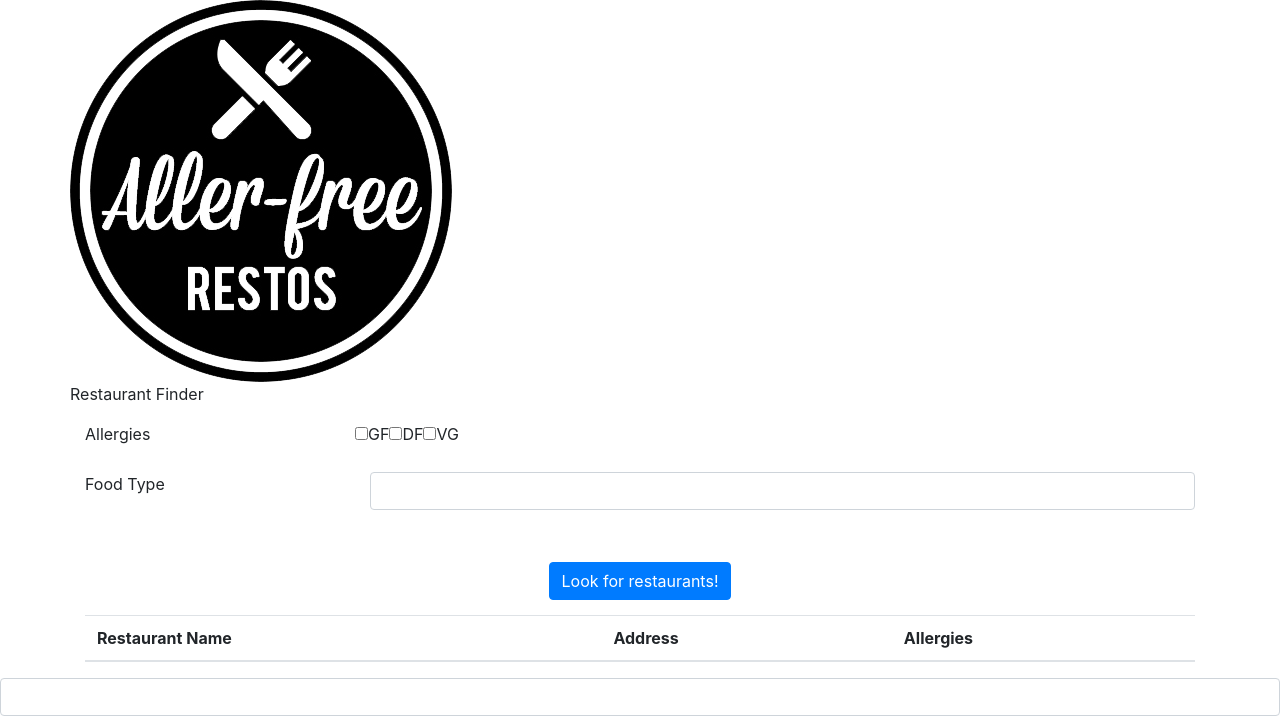
Repository: KobeRox/Loremips
Page: index.html
The author's editor kept a copy of each file at every save. The page is drawn from the files as they stood at one save, then again after the next save.
The browser window is 1280 px wide. The pictures show the whole page.
Some web libraries are served in a nearby version.

Above is the page before, as saved 2019-09-08 16:32:51.
Console error: TypeError: Cannot read properties of undefined (reading 'fn')

### index.html
<html>

<head>
    <link rel="stylesheet" src="style.css">
    <link rel="stylesheet" href="https://stackpath.bootstrapcdn.com/bootstrap/4.3.1/css/bootstrap.min.css"
        integrity="sha384-ggOyR0iXCbMQv3Xipma34MD+dH/1fQ784/j6cY/iJTQUOhcWr7x9JvoRxT2MZw1T" crossorigin="anonymous">
    <script src="https://stackpath.bootstrapcdn.com/bootstrap/4.3.1/js/bootstrap.min.js"
        integrity="sha384-JjSmVgyd0p3pXB1rRibZUAYoIIy6OrQ6VrjIEaFf/nJGzIxFDsf4x0xIM+B07jRM"
        crossorigin="anonymous"></script>
    <script src="https://ajax.googleapis.com/ajax/libs/jquery/3.4.1/jquery.min.js"></script>
    <script src="https://code.jquery.com/ui/1.12.1/jquery-ui.min.js"></script>
    <script src="zomato_cuisines.js"></script>
    <script src="zomato_restaurants.js"></script>
    <script src="contractResponse.js"></script>
    <script src="convertDataToHtml.js"></script>
    <script type="text/javascript" charset="utf-8">

        $(document).ready(function () {
            $("#searchbar").autocomplete({
                minLength: 0,
                source: get_cuisineList(),
                focus: function (event, ui) {
                    $("#searchbar").val(ui.item.label);
                    return false;
                },
                select: function (event, ui) {
                    $("#searchbar").val(ui.item.label);
                    return false;
                }
            })

            $("#clicking").click(function () {
                var search = $('#searchbar').val();
                console.log(search)
                var c_list = get_cuisineList();
                console.log(c_list);
                var c_id = get_cuisineId(search);
                console.log(c_id);
                get_restaurants(c_id, function (data) {
                    console.log(data);
                    convertDataToHtml(data);
                });
            });
        });
    </script>
</head>

<body>
    <div class="container">
        <div class="panel-heading">
            <div class="row">
				<div class="col-xs-12">
					<img src="allerfreerestos_logo.png">
				</div>
            </div>
        </div>
        <div class="panel-body">

            <div class="row" style="text-align: center;">
                <p>Restaurant Finder</p>
            </div>
            <div class="row" style="margin-bottom: 10px;">
                <div class="col-xs-3 col-md-3">
                    <p>Allergies</p>
                </div>
                <div class=" col-xs-3 checkbox" style="margin-top: 0px !important">
                    <label>
                        <input type="checkbox" value="apple">GF
                    </label>
                </div>
                <div class=" col-xs-3 checkbox">
                    <label>
                        <input type="checkbox" value="pear">DF
                    </label>
                </div>
                <div class=" col-xs-3 checkbox">
                    <label>
                        <input type="checkbox" value="orange">VG
                    </label>
                </div>
            </div>


            <div class="row" style="margin-bottom: 50px;">
                <div class="col-xs-3 col-md-3">
                    <p>Food Type</p>
                </div>


                <div class="col-xs-9 col-md-9">
                    <input type="text" class="form-control" id='searchbar'>
                </div>

            </div>
            <div class="row" style="text-align: center;">
                <div class="col-xs-12 col-md-12">
                    <button type="button" class="btn btn-primary" style="margin-bottom: 15px;" id="clicking">Look
                        for restaurants!</button>
                </div>
            </div>
        </div>

        <div class="row">
            <div class="col-xs-12 col-md-12">
                <table class="table">
                    <thead>
                        <tr>
                            <th scope="col">Restaurant Name</th>
                            <th scope="col">Address</th>
                            <th scope="col">Allergies</th>
                        </tr>
                    <tbody id="restoResults">

                    </tbody>
                    </thead>
                </table>
            </div>


        </div>
        <!-- <div class="panel-footer"></div> -->
    </div>

    <input type="text" class="form-control" id='searchbar'>
</body>

</html>

### zomato_cuisines.js
function get_cuisineId(name){

	for(var i=0; i<list_cuisine.length; i++){
		if (list_cuisine[i]["cuisine"]["cuisine_name"] == name)
			return list_cuisine[i]["cuisine"]["cuisine_id"];
	}
}

function get_cuisineList(){
	var cuisine_names= [];
	for(var i=0; i<6; i++){
		cuisine_names.push(list_cuisine[i]["cuisine"]["cuisine_name"]);
	}
	return cuisine_names;
}
var  list_cuisine = [
        {
            "cuisine": {
                "cuisine_id": 6,
                "cuisine_name": "Afghani"
            }
        },
        {
            "cuisine": {
                "cuisine_id": 152,
                "cuisine_name": "African"
            }
        },
        {
            "cuisine": {
                "cuisine_id": 1,
                "cuisine_name": "American"
            }
        },
        {
            "cuisine": {
                "cuisine_id": 4,
                "cuisine_name": "Arabian"
            }
        },
        {
            "cuisine": {
                "cuisine_id": 151,
                "cuisine_name": "Argentine"
            }
        },
        {
            "cuisine": {
                "cuisine_id": 3,
                "cuisine_name": "Asian"
            }
        },
        {
            "cuisine": {
                "cuisine_id": 401,
                "cuisine_name": "Asian Fusion"
            }
        },
        {
            "cuisine": {
                "cuisine_id": 193,
                "cuisine_name": "BBQ"
            }
        },
        {
            "cuisine": {
                "cuisine_id": 5,
                "cuisine_name": "Bakery"
            }
        },
        {
            "cuisine": {
                "cuisine_id": 227,
                "cuisine_name": "Bar Food"
            }
        },
        {
            "cuisine": {
                "cuisine_id": 132,
                "cuisine_name": "Belgian"
            }
        },
        {
            "cuisine": {
                "cuisine_id": 270,
                "cuisine_name": "Beverages"
            }
        },
        {
            "cuisine": {
                "cuisine_id": 159,
                "cuisine_name": "Brazilian"
            }
        },
        {
            "cuisine": {
                "cuisine_id": 133,
                "cuisine_name": "British"
            }
        },
        {
            "cuisine": {
                "cuisine_id": 247,
                "cuisine_name": "Bubble Tea"
            }
        },
        {
            "cuisine": {
                "cuisine_id": 168,
                "cuisine_name": "Burger"
            }
        },
        {
            "cuisine": {
                "cuisine_id": 1039,
                "cuisine_name": "Cafe Food"
            }
        },
        {
            "cuisine": {
                "cuisine_id": 111,
                "cuisine_name": "Cambodian"
            }
        },
        {
            "cuisine": {
                "cuisine_id": 121,
                "cuisine_name": "Cantonese"
            }
        },
        {
            "cuisine": {
                "cuisine_id": 994,
                "cuisine_name": "Charcoal Chicken"
            }
        },
        {
            "cuisine": {
                "cuisine_id": 25,
                "cuisine_name": "Chinese"
            }
        },
        {
            "cuisine": {
                "cuisine_id": 161,
                "cuisine_name": "Coffee and Tea"
            }
        },
        {
            "cuisine": {
                "cuisine_id": 287,
                "cuisine_name": "Colombian"
            }
        },
        {
            "cuisine": {
                "cuisine_id": 144,
                "cuisine_name": "Contemporary"
            }
        },
        {
            "cuisine": {
                "cuisine_id": 35,
                "cuisine_name": "Continental"
            }
        },
        {
            "cuisine": {
                "cuisine_id": 928,
                "cuisine_name": "Creole"
            }
        },
        {
            "cuisine": {
                "cuisine_id": 881,
                "cuisine_name": "Crepes"
            }
        },
        {
            "cuisine": {
                "cuisine_id": 192,
                "cuisine_name": "Deli"
            }
        },
        {
            "cuisine": {
                "cuisine_id": 100,
                "cuisine_name": "Desserts"
            }
        },
        {
            "cuisine": {
                "cuisine_id": 268,
                "cuisine_name": "Drinks Only"
            }
        },
        {
            "cuisine": {
                "cuisine_id": 985,
                "cuisine_name": "Dumplings"
            }
        },
        {
            "cuisine": {
                "cuisine_id": 38,
                "cuisine_name": "European"
            }
        },
        {
            "cuisine": {
                "cuisine_id": 571,
                "cuisine_name": "Falafel"
            }
        },
        {
            "cuisine": {
                "cuisine_id": 40,
                "cuisine_name": "Fast Food"
            }
        },
        {
            "cuisine": {
                "cuisine_id": 1006,
                "cuisine_name": "Fijian"
            }
        },
        {
            "cuisine": {
                "cuisine_id": 112,
                "cuisine_name": "Filipino"
            }
        },
        {
            "cuisine": {
                "cuisine_id": 271,
                "cuisine_name": "Finger Food"
            }
        },
        {
            "cuisine": {
                "cuisine_id": 298,
                "cuisine_name": "Fish and Chips"
            }
        },
        {
            "cuisine": {
                "cuisine_id": 45,
                "cuisine_name": "French"
            }
        },
        {
            "cuisine": {
                "cuisine_id": 1025,
                "cuisine_name": "Fried Chicken"
            }
        },
        {
            "cuisine": {
                "cuisine_id": 501,
                "cuisine_name": "Frozen Yogurt"
            }
        },
        {
            "cuisine": {
                "cuisine_id": 274,
                "cuisine_name": "Fusion"
            }
        },
        {
            "cuisine": {
                "cuisine_id": 134,
                "cuisine_name": "German"
            }
        },
        {
            "cuisine": {
                "cuisine_id": 156,
                "cuisine_name": "Greek"
            }
        },
        {
            "cuisine": {
                "cuisine_id": 181,
                "cuisine_name": "Grill"
            }
        },
        {
            "cuisine": {
                "cuisine_id": 521,
                "cuisine_name": "Hawaiian"
            }
        },
        {
            "cuisine": {
                "cuisine_id": 143,
                "cuisine_name": "Healthy Food"
            }
        },
        {
            "cuisine": {
                "cuisine_id": 1022,
                "cuisine_name": "Hot Pot"
            }
        },
        {
            "cuisine": {
                "cuisine_id": 228,
                "cuisine_name": "Hungarian"
            }
        },
        {
            "cuisine": {
                "cuisine_id": 233,
                "cuisine_name": "Ice Cream"
            }
        },
        {
            "cuisine": {
                "cuisine_id": 148,
                "cuisine_name": "Indian"
            }
        },
        {
            "cuisine": {
                "cuisine_id": 114,
                "cuisine_name": "Indonesian"
            }
        },
        {
            "cuisine": {
                "cuisine_id": 154,
                "cuisine_name": "International"
            }
        },
        {
            "cuisine": {
                "cuisine_id": 140,
                "cuisine_name": "Iranian"
            }
        },
        {
            "cuisine": {
                "cuisine_id": 135,
                "cuisine_name": "Irish"
            }
        },
        {
            "cuisine": {
                "cuisine_id": 55,
                "cuisine_name": "Italian"
            }
        },
        {
            "cuisine": {
                "cuisine_id": 60,
                "cuisine_name": "Japanese"
            }
        },
        {
            "cuisine": {
                "cuisine_id": 265,
                "cuisine_name": "Jewish"
            }
        },
        {
            "cuisine": {
                "cuisine_id": 1042,
                "cuisine_name": "Jiangnan"
            }
        },
        {
            "cuisine": {
                "cuisine_id": 164,
                "cuisine_name": "Juices"
            }
        },
        {
            "cuisine": {
                "cuisine_id": 178,
                "cuisine_name": "Kebab"
            }
        },
        {
            "cuisine": {
                "cuisine_id": 167,
                "cuisine_name": "Kiwi"
            }
        },
        {
            "cuisine": {
                "cuisine_id": 67,
                "cuisine_name": "Korean"
            }
        },
        {
            "cuisine": {
                "cuisine_id": 1021,
                "cuisine_name": "Korean BBQ"
            }
        },
        {
            "cuisine": {
                "cuisine_id": 136,
                "cuisine_name": "Latin American"
            }
        },
        {
            "cuisine": {
                "cuisine_id": 66,
                "cuisine_name": "Lebanese"
            }
        },
        {
            "cuisine": {
                "cuisine_id": 69,
                "cuisine_name": "Malaysian"
            }
        },
        {
            "cuisine": {
                "cuisine_id": 977,
                "cuisine_name": "Meat Pie"
            }
        },
        {
            "cuisine": {
                "cuisine_id": 70,
                "cuisine_name": "Mediterranean"
            }
        },
        {
            "cuisine": {
                "cuisine_id": 73,
                "cuisine_name": "Mexican"
            }
        },
        {
            "cuisine": {
                "cuisine_id": 137,
                "cuisine_name": "Middle Eastern"
            }
        },
        {
            "cuisine": {
                "cuisine_id": 294,
                "cuisine_name": "Modern European"
            }
        },
        {
            "cuisine": {
                "cuisine_id": 1055,
                "cuisine_name": "Modern New Zealand"
            }
        },
        {
            "cuisine": {
                "cuisine_id": 74,
                "cuisine_name": "Mongolian"
            }
        },
        {
            "cuisine": {
                "cuisine_id": 147,
                "cuisine_name": "Moroccan"
            }
        },
        {
            "cuisine": {
                "cuisine_id": 117,
                "cuisine_name": "Nepalese"
            }
        },
        {
            "cuisine": {
                "cuisine_id": 50,
                "cuisine_name": "North Indian"
            }
        },
        {
            "cuisine": {
                "cuisine_id": 321,
                "cuisine_name": "Pacific"
            }
        },
        {
            "cuisine": {
                "cuisine_id": 139,
                "cuisine_name": "Pakistani"
            }
        },
        {
            "cuisine": {
                "cuisine_id": 209,
                "cuisine_name": "Pan Asian"
            }
        },
        {
            "cuisine": {
                "cuisine_id": 162,
                "cuisine_name": "Peruvian"
            }
        },
        {
            "cuisine": {
                "cuisine_id": 1020,
                "cuisine_name": "Pho"
            }
        },
        {
            "cuisine": {
                "cuisine_id": 82,
                "cuisine_name": "Pizza"
            }
        },
        {
            "cuisine": {
                "cuisine_id": 1019,
                "cuisine_name": "Poké"
            }
        },
        {
            "cuisine": {
                "cuisine_id": 87,
                "cuisine_name": "Portuguese"
            }
        },
        {
            "cuisine": {
                "cuisine_id": 983,
                "cuisine_name": "Pub Food"
            }
        },
        {
            "cuisine": {
                "cuisine_id": 320,
                "cuisine_name": "Ramen"
            }
        },
        {
            "cuisine": {
                "cuisine_id": 1033,
                "cuisine_name": "Roast"
            }
        },
        {
            "cuisine": {
                "cuisine_id": 84,
                "cuisine_name": "Russian"
            }
        },
        {
            "cuisine": {
                "cuisine_id": 998,
                "cuisine_name": "Salad"
            }
        },
        {
            "cuisine": {
                "cuisine_id": 304,
                "cuisine_name": "Sandwich"
            }
        },
        {
            "cuisine": {
                "cuisine_id": 83,
                "cuisine_name": "Seafood"
            }
        },
        {
            "cuisine": {
                "cuisine_id": 831,
                "cuisine_name": "Shanghai"
            }
        },
        {
            "cuisine": {
                "cuisine_id": 128,
                "cuisine_name": "Sichuan"
            }
        },
        {
            "cuisine": {
                "cuisine_id": 119,
                "cuisine_name": "Singaporean"
            }
        },
        {
            "cuisine": {
                "cuisine_id": 85,
                "cuisine_name": "South Indian"
            }
        },
        {
            "cuisine": {
                "cuisine_id": 89,
                "cuisine_name": "Spanish"
            }
        },
        {
            "cuisine": {
                "cuisine_id": 86,
                "cuisine_name": "Sri Lankan"
            }
        },
        {
            "cuisine": {
                "cuisine_id": 141,
                "cuisine_name": "Steak"
            }
        },
        {
            "cuisine": {
                "cuisine_id": 90,
                "cuisine_name": "Street Food"
            }
        },
        {
            "cuisine": {
                "cuisine_id": 177,
                "cuisine_name": "Sushi"
            }
        },
        {
            "cuisine": {
                "cuisine_id": 190,
                "cuisine_name": "Taiwanese"
            }
        },
        {
            "cuisine": {
                "cuisine_id": 179,
                "cuisine_name": "Tapas"
            }
        },
        {
            "cuisine": {
                "cuisine_id": 163,
                "cuisine_name": "Tea"
            }
        },
        {
            "cuisine": {
                "cuisine_id": 981,
                "cuisine_name": "Teppanyaki"
            }
        },
        {
            "cuisine": {
                "cuisine_id": 150,
                "cuisine_name": "Tex-Mex"
            }
        },
        {
            "cuisine": {
                "cuisine_id": 95,
                "cuisine_name": "Thai"
            }
        },
        {
            "cuisine": {
                "cuisine_id": 142,
                "cuisine_name": "Turkish"
            }
        },
        {
            "cuisine": {
                "cuisine_id": 1038,
                "cuisine_name": "Uyghur"
            }
        },
        {
            "cuisine": {
                "cuisine_id": 1034,
                "cuisine_name": "Vegan"
            }
        },
        {
            "cuisine": {
                "cuisine_id": 308,
                "cuisine_name": "Vegetarian"
            }
        },
        {
            "cuisine": {
                "cuisine_id": 641,
                "cuisine_name": "Venezuelan"
            }
        },
        {
            "cuisine": {
                "cuisine_id": 99,
                "cuisine_name": "Vietnamese"
            }
        },
        {
            "cuisine": {
                "cuisine_id": 978,
                "cuisine_name": "Yum Cha"
            }
        }
    ]

### zomato_restaurants.js
function get_restaurants(cuisine_id, callback) {
  $.ajax({
    url:
      "https://developers.zomato.com/api/v2.1/search?city_id=70&cuisines=" +
      cuisine_id,
    type: "GET",
    //d323749b276f5be54a2e776c45a7ad1a
    //b17db59020e7fbe543111e1e6c2e5ecb
    beforeSend: function(xhr) {
      xhr.setRequestHeader("user-key", "d323749b276f5be54a2e776c45a7ad1a");
    },
    success: function(data) {
      callback(convertContract(data));
    }
  });
}

### contractResponse.js
function convertContract(input) {
  var results = [];

  for (var x = 0; x < input.results_shown; x++) {
    results.push({
      restaurantName: input.restaurants[x].restaurant.name,
      address: input.restaurants[x].restaurant.location.address,
      allergies: input.restaurants[x].restaurant.cuisines.split(",")
    });
  }
  return results;
}

### convertDataToHtml.js

function convertDataToHtml(data){
    var html;
    var test2 = document.getElementById('restoResults');
    test2.innerHTML = " ";
    for(var test in data){
        let dataRow = data[test]
        var row = document.createElement('tr');
        for (var property in dataRow) {
            var th = document.createElement('td');
            th.scope = "col";
            th.innerText = dataRow[property];
            row.appendChild(th);
        }
        test2.appendChild(row);
    }
    return html;
}

### style.css
#searchbar {
  border-radius: 0px;
  background: #4a4a4a;
  color: #96f226;
  border: 1px solid #454545;
  height: 0 0 30px;
}
#searchbar:hover {
  background: #656565;
}
#searchbar:active {
  box-shadow: 0 0 30px #96f226;
}
#searchbar:focus {
  box-shadow: 0 0 30px #96f226;
}

.ui-menu .ui-menu-item a {
  background: red;
  height: 10px;
  font-size: 8px;
}

After the next save:
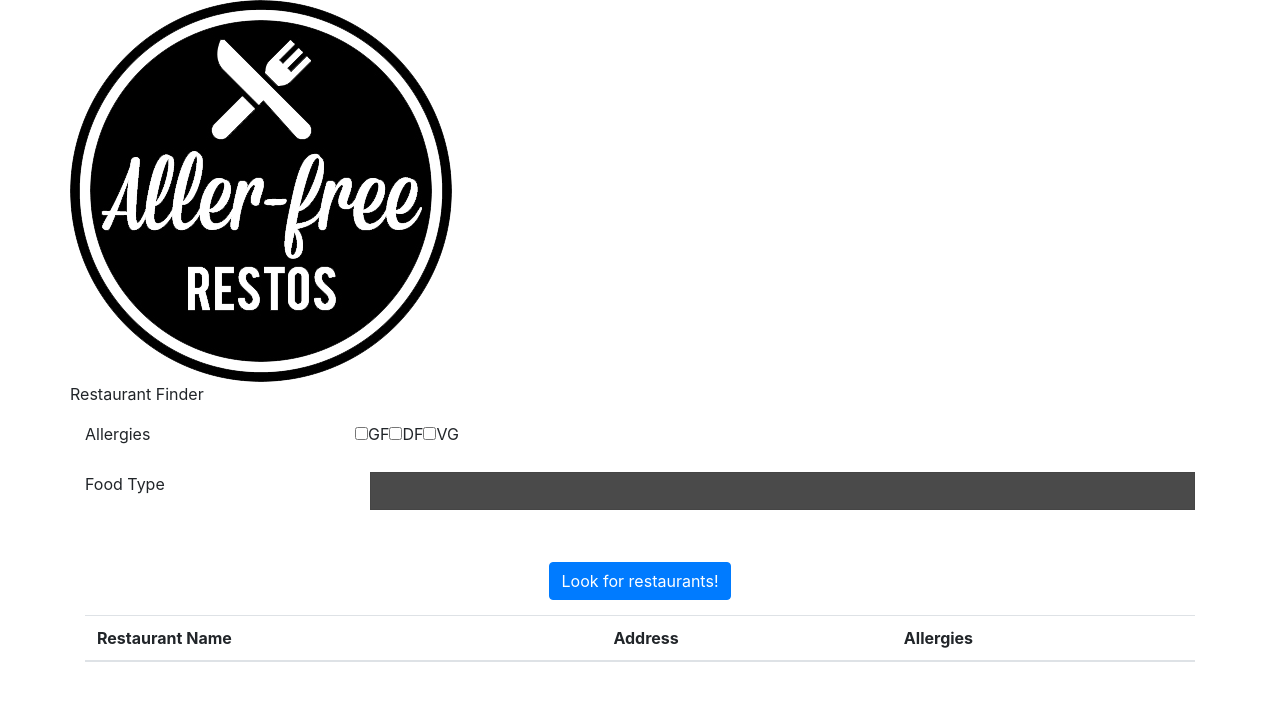
Saved 107 s later.
--- a/index.html
+++ b/index.html
@@ -1,7 +1,7 @@
 <html>
 
 <head>
-    <link rel="stylesheet" src="style.css">
+    <link rel="stylesheet" href="style.css">
     <link rel="stylesheet" href="https://stackpath.bootstrapcdn.com/bootstrap/4.3.1/css/bootstrap.min.css"
         integrity="sha384-ggOyR0iXCbMQv3Xipma34MD+dH/1fQ784/j6cY/iJTQUOhcWr7x9JvoRxT2MZw1T" crossorigin="anonymous">
     <script src="https://stackpath.bootstrapcdn.com/bootstrap/4.3.1/js/bootstrap.min.js"
@@ -121,7 +121,7 @@
         <!-- <div class="panel-footer"></div> -->
     </div>
 
-    <input type="text" class="form-control" id='searchbar'>
+
 </body>
 
 </html>
